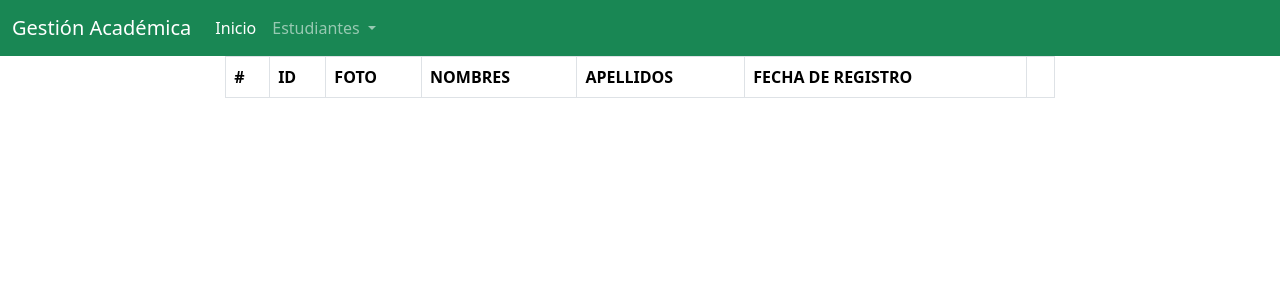
Repository: cesartomedes/frontacademico
Page: /
An editor plug-in stored every save of this project. The page is shown before and after a run of saves, followed by the edit.
The browser window is 1280 px wide. The pictures show the whole page.
The project was rebuilt for these pictures with package versions that can differ from the ones it lists, and the page was loaded fresh each time. Also part of the build but not shown: vue.config.js, src/views/EstudianteNew.vue, src/views/EstudianteEdit.vue, src/views/EstudianteView.vue.

Above is the page before, as saved 2023-10-24 15:50:54.

After the next 2 saves:
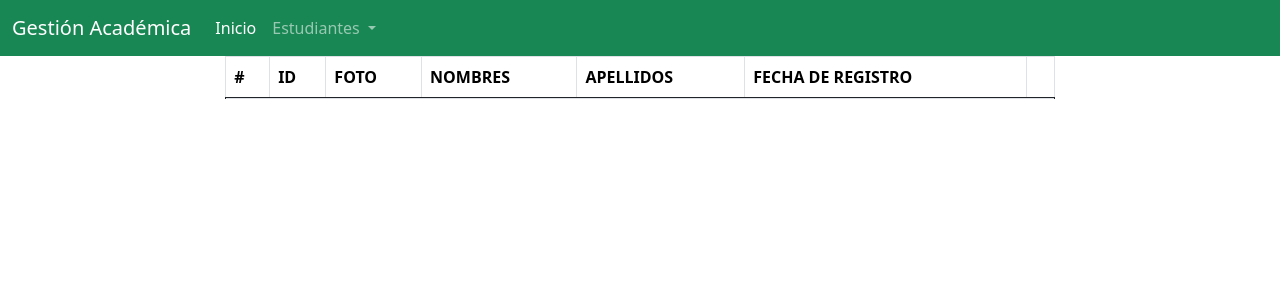
The 2 saves are shown as one change because they came seconds apart.
The last was saved 21 s later.
--- a/src/views/HomeView.vue
+++ b/src/views/HomeView.vue
@@ -21,6 +21,10 @@
                       <td colspan="6"><h3>Cargando...</h3></td>
                   </tr>
 
+                  <tr>
+
+                  </tr>
+
                 </tbody>
             </table>
           </div>
